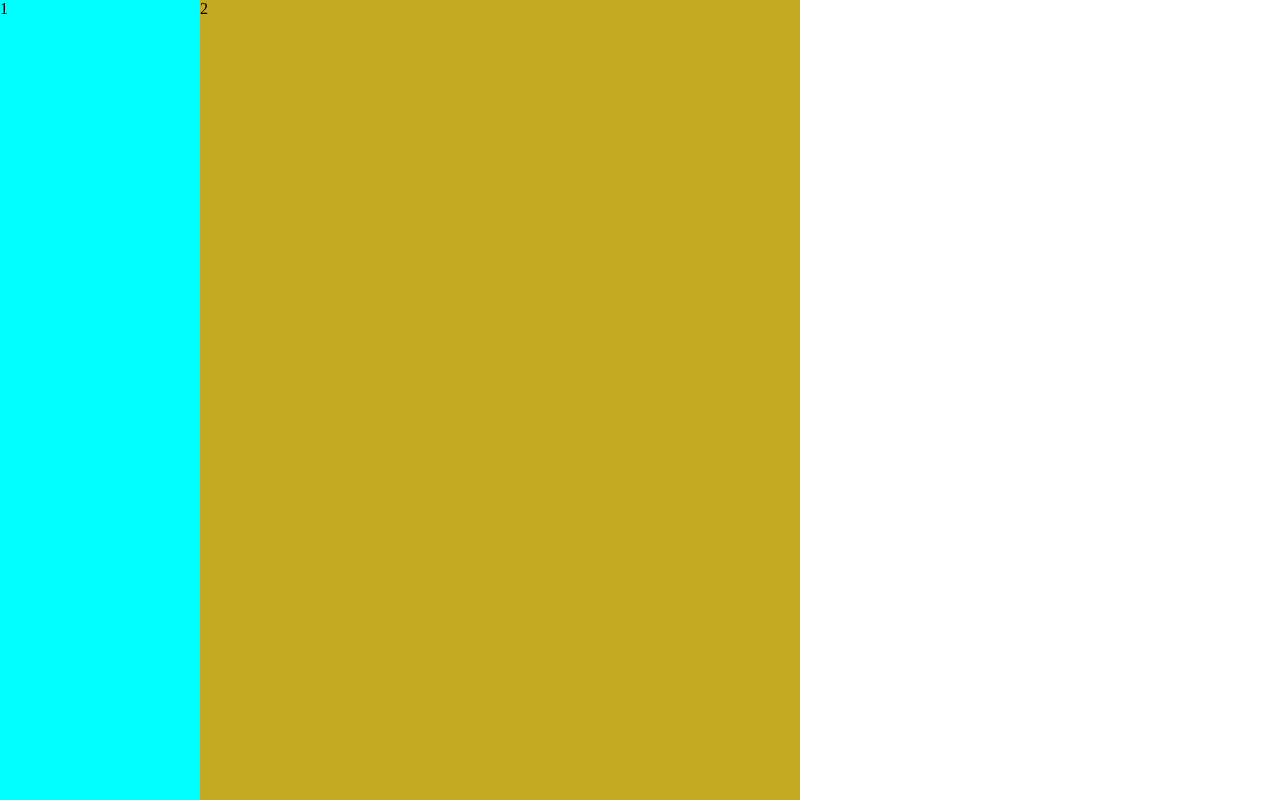
Repository: pwy114pwy/project_01
Page: 02两栏布局.html
The author's editor kept a copy of each file at every save. The page is drawn from the files as they stood at one save, then again after a run of saves.
The browser window is 1280 px wide. The pictures show the whole page.

Above is the page before, as saved 2022-12-23 14:01:54.

After the next 3 saves:
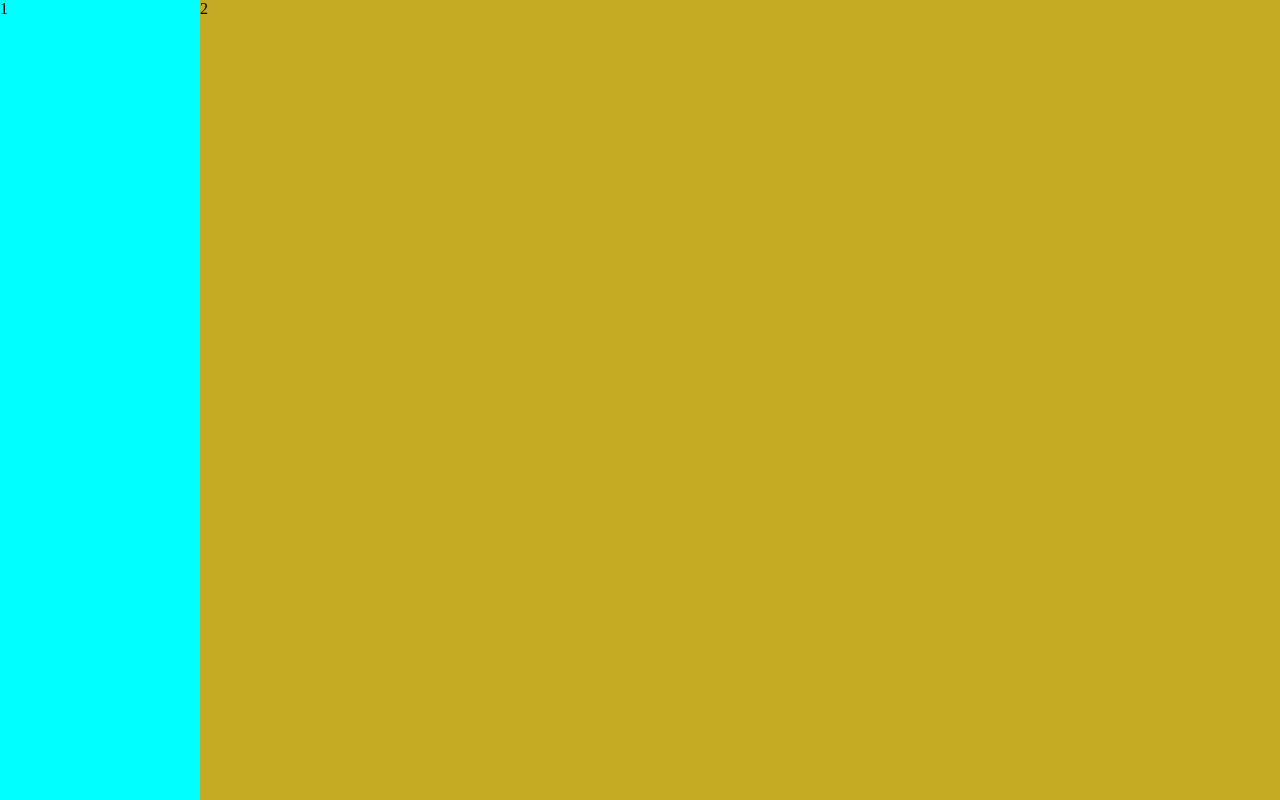
The 3 saves are shown as one change because they came seconds apart.
The last was saved 6 s later.
--- a/02两栏布局.html
+++ b/02两栏布局.html
@@ -12,7 +12,7 @@
         }
         .main{
             display: grid;
-            grid-template-columns: 200px 600px;
+            grid-template-columns: 200px auto;
             height: 800px;
         }
         .left{
